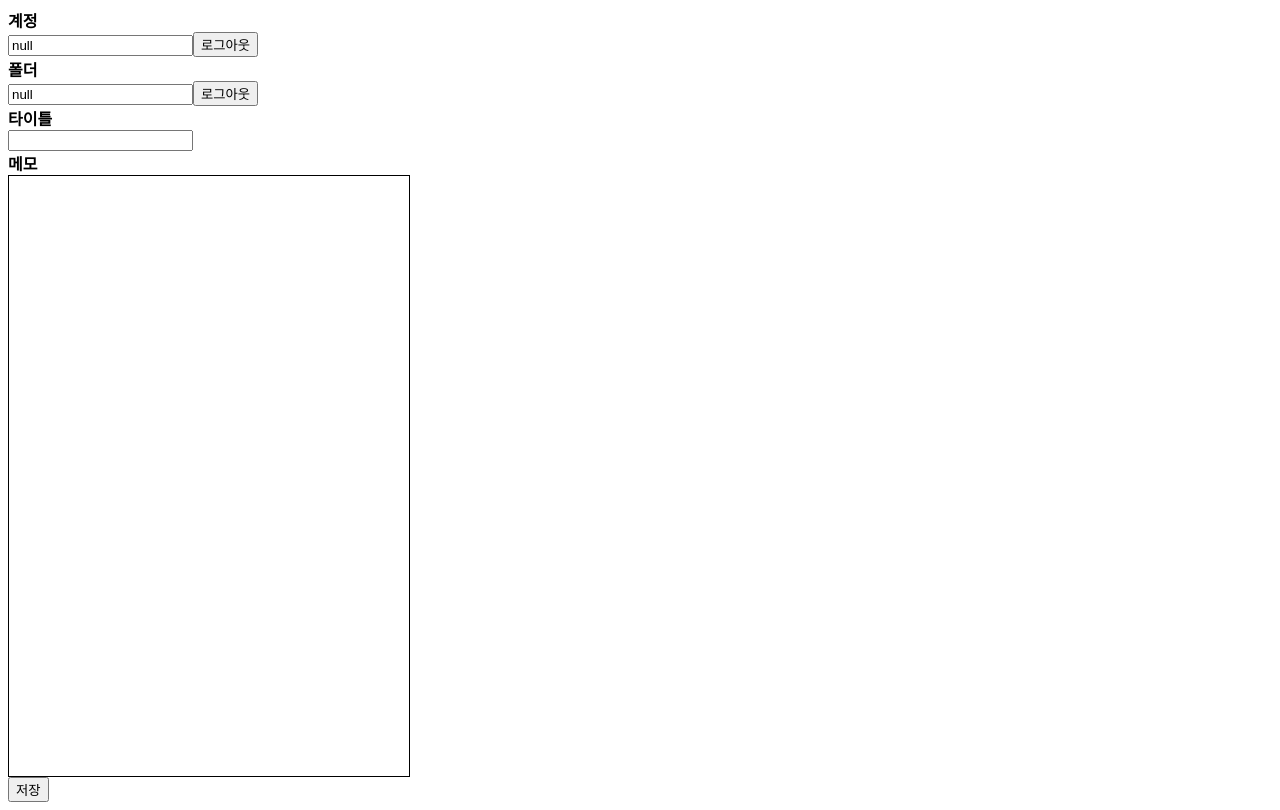
Repository: Rysdne/01_Java
Page: http://localhost/WildcatTest/io/create.jsp
These files come from the project's save history. The page is drawn as it stood at one moment and after the next save; the edit follows.
The browser window is 1280 px wide. The pictures show the whole page.
The page is served by Tomcat 9.

Above is the page before, as saved 2022-07-15 00:05:14.

### WildcatTest/src/main/webapp/io/create.jsp
<%@ page language="java" contentType="text/html; charset=UTF-8"
	pageEncoding="UTF-8"%>
<%
request.setCharacterEncoding("utf-8");
%>
<!DOCTYPE html>
<html>
<head>
<meta charset="UTF-8">
<title>Insert title here</title>
<script src="/WildcatTest/jquery-3.6.0.min.js"></script>
<script>
$(document).ready(function () {
	// 이 부분을 $('div').click(function(){}) 같은 형식으로 사용할 수도 있음
    $('#save').click(function () {
    	var id=$('#id').val();
    	var title=$('#title').val();
    	var input=$('#input').val();
    	if(id==""){
    		alert('계정 정보를 입력해주세요');
    		return;
    	}
    	if(title==""){
    		alert('타이틀을 입력해주세요');
    		return;
    	}
        $('#memo').val($('#input').html());
        $('#form').submit();
    });

});
</script>
</head>
<body>
	<form id="form" action="/WildcatTest/io/createProc.jsp" method="post">

		<span style="font-weight: bold">계정</span><br>
		<input readonly type="text" id="id" name="id" value="<%=session.getAttribute("id")%>"><button onclick='location.href="/WildcatTest/login/logout.jsp"'>로그아웃</button><br>

		<span style="font-weight: bold">폴더</span><br>
		<input readonly type="text" id="folder" name="folder" value="<%=session.getAttribute("id")%>"><button onclick='location.href="/WildcatTest/login/logout.jsp"'>로그아웃</button><br>

		<span style="font-weight: bold">타이틀</span><br>
		<input type="text" id="title" name="title"><br>

		<span style="font-weight: bold">메모</span><br>
		<div contentEditable="true" id="input" style="width: 400px; height: 600px; border: 1px solid black; overflow: auto;"></div>
		<input type="hidden" id="memo" name="memo">
		<input type="button" id="save" name="save" value="저장">
	</form>
</body>
</html>

Loaded but not shown: WildcatTest/src/main/webapp/jquery-3.6.0.min.js (library)

After the next save:
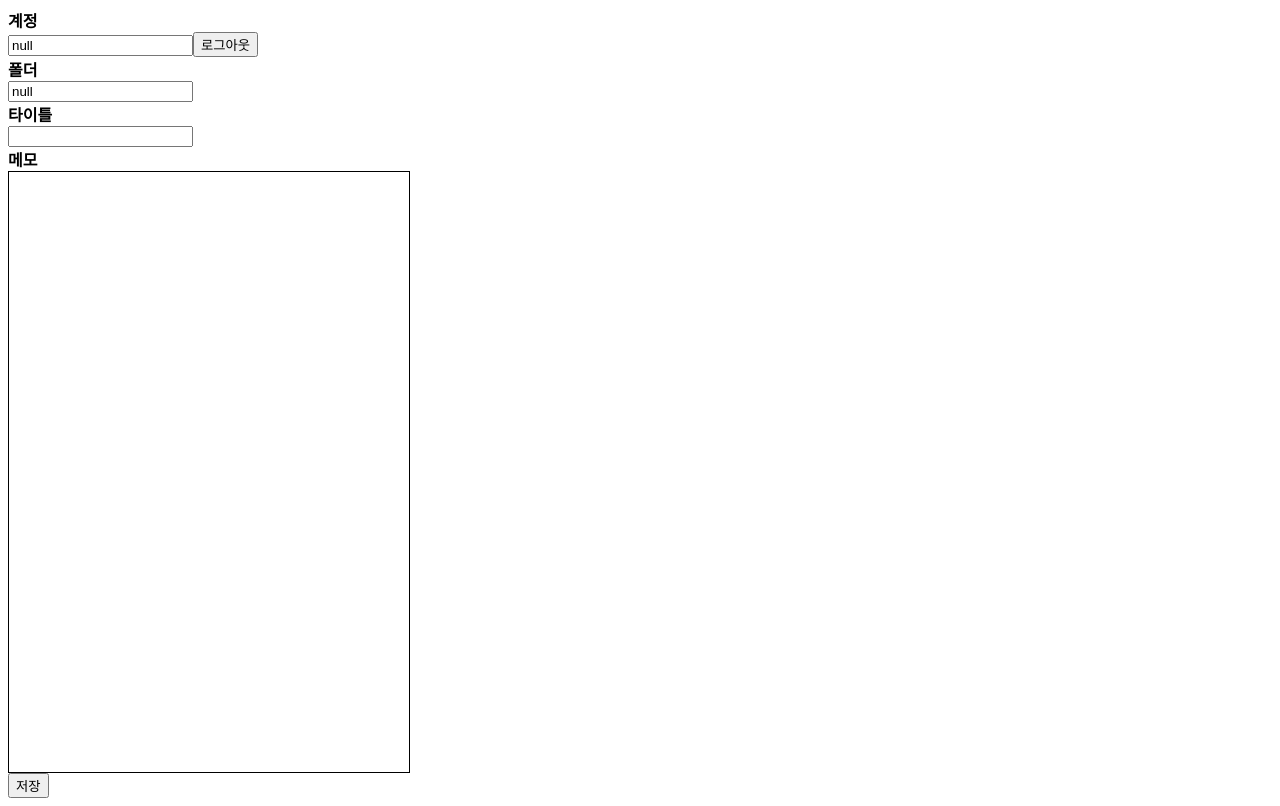
Saved 11 s later.
--- a/WildcatTest/src/main/webapp/io/create.jsp
+++ b/WildcatTest/src/main/webapp/io/create.jsp
@@ -38,7 +38,7 @@ $(document).ready(function () {
 		<input readonly type="text" id="id" name="id" value="<%=session.getAttribute("id")%>"><button onclick='location.href="/WildcatTest/login/logout.jsp"'>로그아웃</button><br>
 
 		<span style="font-weight: bold">폴더</span><br>
-		<input readonly type="text" id="folder" name="folder" value="<%=session.getAttribute("id")%>"><button onclick='location.href="/WildcatTest/login/logout.jsp"'>로그아웃</button><br>
+		<input readonly type="text" id="folder" name="folder" value="<%=session.getAttribute("id")%>"><br>
 
 		<span style="font-weight: bold">타이틀</span><br>
 		<input type="text" id="title" name="title"><br>
